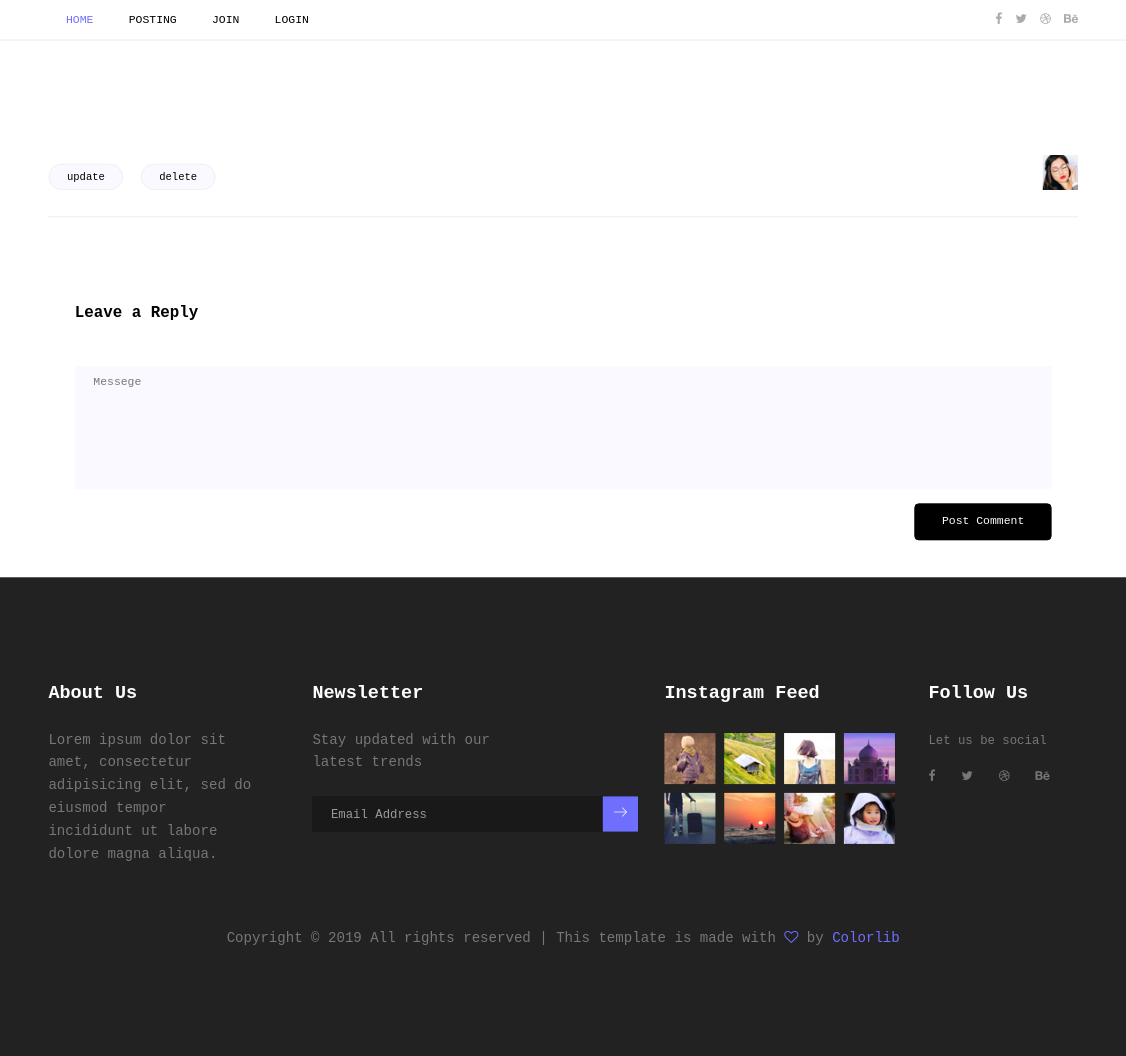
Repository: DAVISPARK/park
Page: http://localhost/blog/board/updateForm.jsp
The author's editor kept a copy of each file at every save. The page is drawn from the files as they stood at one save, then again after the next save.
The browser window is 1280 px wide. The pictures show the whole page, at 88% of full size.
Some web fonts or font styles are not loaded; a fallback is used. The page is served by Tomcat 9. Other server files are loaded and not shown. The template is opened directly, without the code that normally fills it, so the values that code supplies are empty.

Above is the page before, as saved 2019-10-31 05:17:29.

### blog/WebContent/board/updateForm.jsp
<%@ page language="java" contentType="text/html; charset=UTF-8" pageEncoding="UTF-8"%>

<%@ include file="/include/nav.jsp"%>
<!--================Blog Area =================-->
<section class="blog_area single-post-area">
	<div class="container">
		<div class="row">
			<div class="col-lg-2"></div>
			<div class="col-lg-12">
				<div class="main_blog_details">

					<a href="#"><h4>${board.title}</h4></a>
					<div class="user_details">
						<div class="float-left">
						<c:if test="${board.userId eq sessionScope.user.id}">
							<a href="/blog/board?cmd=updateForm&id=${board.id}">update</a>
							<a href="/blog/board?cmd=delete&id=${board.id}">delete</a>
						</c:if>
						</div>
						<div class="float-right">
							<div class="media">
								<div class="media-body">
									<h5>${board.userId}</h5>
									<p>${board.createDate}</p>
								</div>
								<div class="d-flex">
									<img src="/blog/img/blog/user-img.jpg" alt="">
								</div>
							</div>
						</div>
					</div>
					<!-- 본문 시작 -->
					<p>${board.content}</p>
					<!-- 본문 끝 -->
					<hr/>

				</div>


				<div class="comment-form">
					<h4>Leave a Reply</h4>
					<form>

						<div class="form-group">
							<textarea class="form-control mb-10" rows="5" name="message" placeholder="Messege" onfocus="this.placeholder = ''" onblur="this.placeholder = 'Messege'" required=""></textarea>
						</div>
						<a href="#" class="primary-btn submit_btn">Post Comment</a>
					</form>
				</div>
			</div>
			<div class="col-lg-2"></div>
		</div>
	</div>
</section>
<!--================Blog Area =================-->

<!--================ start footer Area  =================-->
<footer class="footer-area p_120">
	<div class="container">
		<div class="row">
			<div class="col-lg-3  col-md-6 col-sm-6">
				<div class="single-footer-widget">
					<h6 class="footer_title">About Us</h6>
					<p>Lorem ipsum dolor sit amet, consectetur adipisicing elit, sed do eiusmod tempor incididunt ut labore dolore magna aliqua.</p>
				</div>
			</div>
			<div class="col-lg-4 col-md-6 col-sm-6">
				<div class="single-footer-widget">
					<h6 class="footer_title">Newsletter</h6>
					<p>Stay updated with our latest trends</p>
					<div id="mc_embed_signup">
						<form target="_blank" action="https://spondonit.us12.list-manage.com/subscribe/post?u=1462626880ade1ac87bd9c93a&amp;id=92a4423d01" method="get" class="subscribe_form relative">
							<div class="input-group d-flex flex-row">
								<input name="EMAIL" placeholder="Email Address" onfocus="this.placeholder = ''" onblur="this.placeholder = 'Email Address '" required="" type="email">
								<button class="btn sub-btn">
									<span class="lnr lnr-arrow-right"></span>
								</button>
							</div>
							<div class="mt-10 info"></div>
						</form>
					</div>
				</div>
			</div>
			<div class="col-lg-3 col-md-6 col-sm-6">
				<div class="single-footer-widget instafeed">
					<h6 class="footer_title">Instagram Feed</h6>
					<ul class="list instafeed d-flex flex-wrap">
						<li><img src="img/instagram/Image-01.jpg" alt=""></li>
						<li><img src="img/instagram/Image-02.jpg" alt=""></li>
						<li><img src="img/instagram/Image-03.jpg" alt=""></li>
						<li><img src="img/instagram/Image-04.jpg" alt=""></li>
						<li><img src="img/instagram/Image-05.jpg" alt=""></li>
						<li><img src="img/instagram/Image-06.jpg" alt=""></li>
						<li><img src="img/instagram/Image-07.jpg" alt=""></li>
						<li><img src="img/instagram/Image-08.jpg" alt=""></li>
					</ul>
				</div>
			</div>
			<div class="col-lg-2 col-md-6 col-sm-6">
				<div class="single-footer-widget f_social_wd">
					<h6 class="footer_title">Follow Us</h6>
					<p>Let us be social</p>
					<div class="f_social">
						<a href="#"><i class="fa fa-facebook"></i></a> <a href="#"><i class="fa fa-twitter"></i></a> <a href="#"><i class="fa fa-dribbble"></i></a> <a href="#"><i class="fa fa-behance"></i></a>
					</div>
				</div>
			</div>
		</div>
		<div class="row footer-bottom d-flex justify-content-between align-items-center">
			<p class="col-lg-12 footer-text text-center">
				<!-- Link back to Colorlib can't be removed. Template is licensed under CC BY 3.0. -->
				Copyright &copy;
				<script>
					document.write(new Date().getFullYear());
				</script>
				All rights reserved | This template is made with <i class="fa fa-heart-o" aria-hidden="true"></i> by <a href="https://colorlib.com" target="_blank">Colorlib</a>
				<!-- Link back to Colorlib can't be removed. Template is licensed under CC BY 3.0. -->
			</p>
		</div>
	</div>
</footer>
<!--================ End footer Area  =================-->




<!-- Optional JavaScript -->
<!-- jQuery first, then Popper.js, then Bootstrap JS -->
<script src="js/jquery-3.2.1.min.js"></script>
<script src="js/popper.js"></script>
<script src="js/bootstrap.min.js"></script>
<script src="js/stellar.js"></script>
<script src="vendors/lightbox/simpleLightbox.min.js"></script>
<script src="vendors/nice-select/js/jquery.nice-select.min.js"></script>
<script src="vendors/isotope/imagesloaded.pkgd.min.js"></script>
<script src="vendors/isotope/isotope-min.js"></script>
<script src="vendors/owl-carousel/owl.carousel.min.js"></script>
<script src="vendors/jquery-ui/jquery-ui.js"></script>
<script src="js/jquery.ajaxchimp.min.js"></script>
<script src="js/mail-script.js"></script>
<script src="js/theme.js"></script>
</body>
</html>
<body>

</body>
</html>

### blog/WebContent/include/nav.jsp
<%@ page language="java" contentType="text/html; charset=UTF-8" pageEncoding="UTF-8"%>
    <%@ taglib prefix="c" uri="http://java.sun.com/jsp/jstl/core" %>
<!doctype html>
<html lang="en">
<head>
<!-- Required meta tags -->
<meta charset="utf-8">
<meta name="viewport" content="width=device-width, initial-scale=1, shrink-to-fit=no">
<link rel="icon" href="/blog/img/favicon.png" type="/blog/image/png">
<title>Cos Blog</title>
<!-- Bootstrap CSS -->
<link rel="stylesheet" href="/blog/css/bootstrap.css">
<link rel="stylesheet" href="/blog/vendors/linericon/style.css">
<link rel="stylesheet" href="/blog/css/font-awesome.min.css">
<link rel="stylesheet" href="/blog/vendors/owl-carousel/owl.carousel.min.css">
<link rel="stylesheet" href="/blog/vendors/lightbox/simpleLightbox.css">
<link rel="stylesheet" href="/blog/vendors/nice-select/css/nice-select.css">
<link rel="stylesheet" href="/blog/vendors/animate-css/animate.css">
<link rel="stylesheet" href="/blog/vendors/jquery-ui/jquery-ui.css">
<!-- main css -->
<link rel="stylesheet" href="/blog/css/style.css">
<link rel="stylesheet" href="/blog/css/responsive.css">
</head>
<body>

	<!--================Header Menu Area =================-->
	<header class="header_area">
		<div class="main_menu">
			<nav class="navbar navbar-expand-lg navbar-light">
				<div class="container box_1620">
					<!-- Brand and toggle get grouped for better mobile display -->
					<a class="navbar-brand logo_h" href="#"><img src="/blog/img/logo.png" alt=""></a>
					<button class="navbar-toggler" type="button" data-toggle="collapse" data-target="#navbarSupportedContent" aria-controls="navbarSupportedContent" aria-expanded="false"
						aria-label="Toggle navigation">
						<span class="icon-bar"></span> <span class="icon-bar"></span> <span class="icon-bar"></span>
					</button>

					<!-- Collect the nav links, forms, and other content for toggling -->
					<div class="collapse navbar-collapse offset" id="navbarSupportedContent">
						<ul class="nav navbar-nav menu_nav">
							<li class="nav-item active"><a class="nav-link" href="/blog/board/index.jsp">Home</a></li>
							<li class="nav-item"><a class="nav-link" href="/blog/board/write.jsp">Posting</a></li>

							<c:choose>
								<c:when test="${empty sessionScope.user}">
								<li class="nav-item"><a class="nav-link" href="/blog/user/join.jsp">Join</a></li>
								<li class="nav-item"><a class="nav-link" href="/blog/user/login.jsp">Login</a></li>
								</c:when>
								<c:otherwise>
								<li class="nav-item"><a class="nav-link" href="/blog/user/update.jsp">Profile</a></li>
								<li class="nav-item"><a class="nav-link" href="/blog/user?cmd=logout">Logout</a></li>
								</c:otherwise>
							</c:choose>

						</ul>
						<ul class="nav navbar-nav navbar-right header_social ml-auto">
							<li class="nav-item"><a href="#"><i class="fa fa-facebook"></i></a></li>
							<li class="nav-item"><a href="#"><i class="fa fa-twitter"></i></a></li>
							<li class="nav-item"><a href="#"><i class="fa fa-dribbble"></i></a></li>
							<li class="nav-item"><a href="#"><i class="fa fa-behance"></i></a></li>
						</ul>
					</div>
				</div>
			</nav>
		</div>

	</header>
	<!--================Header Menu Area =================-->

### blog/WebContent/css/responsive.css
@media (max-width:1619px){
	/* Main Menu Area css
	============================================================================================ */
   .header_area .navbar .search {
		margin-left: 40px;
	}
	/* End Main Menu Area css
	============================================================================================ */
	.home_banner_area .blog_text_slider .owl-prev, .home_banner_area .blog_text_slider .owl-next {
		right: 0px;
		font-size: 30px;
	}
}
@media (max-width:1199px){
	/* Main Menu Area css
	============================================================================================ */
	.header_area + section, .header_area + div {
		margin-top: 143px;
	}
	.top_menu .container{
		display: block;
	}
	/* End Main Menu Area css
	============================================================================================ */
	/* Home Banner Area css
	============================================================================================ */
	.home_banner_area {
		min-height: 700px;
	}
	/* End Home Banner Area css
	============================================================================================ */
	.home_banner_area {
		background-size: cover;
	}
	.blog_text {
		padding: 65px 65px 65px 65px;
	}
	.banner_area {
		background-size: cover;
	}
	.blog_style1 .blog_text {
		padding-left: 15px;
		padding-right: 15px;
		padding-top: 0px;
		padding-bottom: 0px;
	}
}

@media (max-width:991px){
	/* Main Menu Area css
	============================================================================================ */
	.logo_part {
		display: none;
	}
    .navbar-toggler {
        border: none;
        border-radius: 0px;
        padding: 0px;
        cursor: pointer;
        margin-top: 27px;
        margin-bottom: 23px;
		float: right;
    }
	.header_area .navbar {
		background: #fff;
	}
    .navbar-toggler[aria-expanded="false"] span:nth-child(2) {
		opacity: 1;
	}
	.navbar-toggler[aria-expanded="true"] span:nth-child(2) {
		opacity: 0;
	}
	.navbar-toggler[aria-expanded="true"] span:first-child {
		transform: rotate(-45deg);
		position: relative;
		top: 7.5px;
	}
	.navbar-toggler[aria-expanded="true"] span:last-child {
		transform: rotate(45deg);
		bottom: 6px;
		position: relative;
	}
	.navbar-toggler span{
		display: block;
		width: 25px;
		height: 3px;
		background: #000;
		margin: auto;
		margin-bottom: 4px;
		transition: all 400ms linear;
		cursor: pointer;
	}
    .navbar .container{
        padding-left: 15px;
        padding-right: 15px;
    }
    .nav{
        padding: 0px 0px;
    }
	.header_area + section, .header_area + row, .header_area + div {
		margin-top: 117px;
	}
    .header_top .nav{
        padding: 0px;
    }
    .header_area .navbar .nav .nav-item .nav-link{
        line-height: 40px;
        margin-right: 0px;
        display: block;
		border-bottom: 1px solid #ededed33;
		border-radius: 0px;
    }
    .header_area .navbar .search{
        margin-left: 0px;
    }
	.header_area .navbar-collapse{
		max-height: 340px;
		overflow-y: scroll;
	}
	.header_area .navbar .nav .nav-item.submenu ul .nav-item .nav-link {
		padding: 0px 15px;
	}
	.header_area .navbar .nav .nav-item {
		margin-right: 0px;
	}
	.header_area + section, .header_area + row, .header_area + div {
		margin-top: 71px;
	}
	.main_menu .navbar .container_inner {
		display: block;
	}
	.main_menu .navbar .navbar-brand {
		display: inline-block;
		padding-top: 11px;
		width: 173px;
	}
	.main_menu .navbar .navbar-brand img {
		width: 100%;
	}
	/* End Main Menu Area css
	============================================================================================ */

	/* Contact Page Area css
	============================================================================================ */
	.contact_info{
		margin-bottom: 50px;
	}
	/* End Contact page Area css
	============================================================================================ */
	.home_banner_area .donation_inner{
		margin-bottom: -30px;
	}
	.single-footer-widget{
		margin-bottom: 30px;
	}
	.footer-area .row{
		margin-bottom: -30px;
	}
	/* Footer Area css
	============================================================================================ */
	/* End End Footer Area css
	============================================================================================ */
	.home_banner_area {
		background-size: cover;
		margin-bottom: 0px;
	}
	/* Extra header Area css
	============================================================================================ */
	/* End Extra header Area css
	============================================================================================ */

	.nav.navbar-nav.navbar-right.header_social{
		display: none;
	}

}
@media (max-width:767px){
	.home_banner_area {
		min-height: 500px;
	}
	.home_banner_area .banner_inner {
		min-height: 500px;
	}
	.home_banner_area .banner_inner .banner_content {
		margin-top: 0px;
	}
	/* Blog Page Area css
	============================================================================================ */
    .blog_banner .banner_inner .blog_b_text h2 {
		font-size: 40px;
		line-height: 50px;
	}
	.blog_info.text-right{
		text-align: left !important;
		margin-bottom: 10px;
	}
	/* End Blog Page Area css
	============================================================================================ */
	.home_banner_area .banner_inner .banner_content h3 {
		font-size: 30px;
	}
	.home_banner_area .banner_inner .banner_content p br {
		display: none;
	}
	/* Footer Area css
	============================================================================================ */
	.footer-bottom .footer-text{
		text-align: center;
	}
	.footer-bottom .footer-social {
		text-align: center;
		margin-bottom: 20px;
	}
	/* End End Footer Area css
	============================================================================================ */
	.blog_style1.small .blog_img img{
		width: 100%;
	}
}
@media (max-width:575px){

	.header_area + section, .header_area + row, .header_area + div {
		margin-top: 71px;
	}
	.top_menu {
		display: none;
	}

    /* Home Banner Area css
	============================================================================================ */
	.home_banner_area .banner_inner .banner_content h2 {
		font-size: 28px;
	}
	.home_banner_area {
		min-height: 500px;
	}
	.home_banner_area .banner_inner {
		min-height: 500px;
	}
	.blog_banner .banner_inner .blog_b_text {
		margin-top: 0px;
	}
	.home_banner_area .banner_inner .banner_content img{
		display: none;
	}
	.home_banner_area .banner_inner .banner_content h5 {
		margin-top: 0px;
	}
	.home_banner_area .banner_inner .banner_content .date a {
		margin-right: 8px;
	}
	/* End Home Banner Area css
	============================================================================================ */
	.p_120 {
		padding-top: 70px;
		padding-bottom: 70px;
	}
	.main_title h2 {
		font-size: 25px;
	}
	/* Elements Area css
	============================================================================================ */
	.sample-text-area {
		padding: 70px 0 70px 0;
	}
	/* End Elements Area css
	============================================================================================ */

	/* Blog Page Area css
	============================================================================================ */
	.blog_details h2 {
		font-size: 20px;
		line-height: 30px;
	}
	.blog_banner .banner_inner .blog_b_text h2 {
		font-size: 28px;
		line-height: 38px;
	}
	.banner_area .banner_inner .banner_content {
		margin-top: 0px;
	}
	/* End Blog Page Area css
	============================================================================================ */
	/* Footer Area css
	============================================================================================ */
	/* End End Footer Area css
	============================================================================================ */
	.pad_top {
		padding-top: 70px;
	}
	.mt-100 {
		margin-top: 50px;
	}
	.single-footer-widget p {
		max-width: 100%;
	}
	.p_100 {
		padding-top: 70px;
		padding-bottom: 70px;
	}
	.blog_style1 .blog_text .blog_text_inner {
		margin-top: 0px;
	}
	.blog_style1 .blog_text {
		padding-left: 0px;
		padding-right: 0px;
		padding-top: 0px;
		padding-bottom: 0px;
	}
	.blog_text .cat a {
		margin-right: 5px;
	}
	.blog_text .cat .cat_btn {
		display: block;
		width: 86px;
		margin-bottom: 10px;
	}
}

@media (max-width:480px){
	/* Main Menu Area css
	============================================================================================ */
	.header_area .navbar-collapse{
		max-height: 250px;
	}
	/* End Main Menu Area css
	============================================================================================ */

	/* Home Banner Area css
	============================================================================================ */
    .home_banner_area .banner_inner .banner_content {
		padding: 30px 15px;
		margin-top: 0px;
	}
	.banner_content .white_btn {
		display: block;
	}
	.home_banner_area .banner_inner .banner_content h3 {
		font-size: 24px;
	}
	.home_banner_area .carousel .carousel-indicators {
		bottom: -50px;
		z-index: 20;
	}
	/* End Home Banner Area css
	============================================================================================ */
	.banner_area .banner_inner .banner_content h2 {
		font-size: 32px;
	}
	/* Blog Page Area css
	============================================================================================ */
	.comments-area .thumb {
		margin-right: 10px;
	}

	/* End Blog Page Area css
	============================================================================================ */
	.home_banner_area .blog_text_slider .owl-prev {
		top: auto;
		bottom: 110px;
		transform: translateY(-0%);
		left: 10px;
	}
	.home_banner_area .blog_text_slider .owl-next {
		top: auto;
		bottom: 110px;
		right: 10px;
		transform: translateY(-0%);
	}
	.blog_text {
		padding: 60px 20px;
	}
}

Loaded but not shown: blog/WebContent/css/bootstrap.css (library); blog/WebContent/vendors/linericon/style.css (library); blog/WebContent/css/font-awesome.min.css (library); blog/WebContent/vendors/owl-carousel/owl.carousel.min.css (common file); blog/WebContent/vendors/lightbox/simpleLightbox.css (library); blog/WebContent/vendors/nice-select/css/nice-select.css (library); blog/WebContent/vendors/animate-css/animate.css (library); blog/WebContent/vendors/jquery-ui/jquery-ui.css (library); blog/WebContent/js/jquery-3.2.1.min.js (library); blog/WebContent/js/popper.js (library); blog/WebContent/js/bootstrap.min.js (library); blog/WebContent/js/stellar.js (library); blog/WebContent/vendors/lightbox/simpleLightbox.min.js (library); blog/WebContent/vendors/nice-select/js/jquery.nice-select.min.js (common file); blog/WebContent/vendors/isotope/imagesloaded.pkgd.min.js (library); blog/WebContent/vendors/isotope/isotope-min.js (library); blog/WebContent/vendors/owl-carousel/owl.carousel.min.js (library); blog/WebContent/vendors/jquery-ui/jquery-ui.js (library); blog/WebContent/js/jquery.ajaxchimp.min.js (library); blog/WebContent/js/theme.js (283 lines, source omitted); blog/WebContent/js/mail-script.js (31 lines, source omitted); blog/WebContent/css/style.css (3905 lines, source omitted)

After the next save:
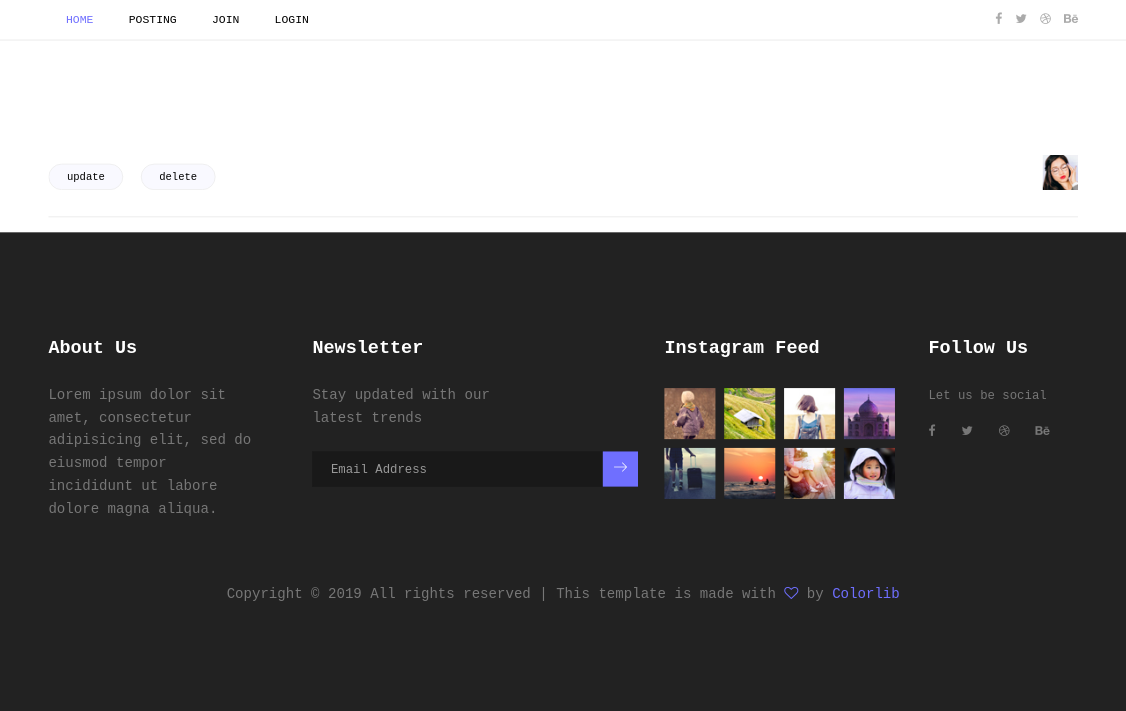
Saved 42 s later.
--- a/blog/WebContent/board/updateForm.jsp
+++ b/blog/WebContent/board/updateForm.jsp
@@ -36,17 +36,6 @@
 
 				</div>
 
-
-				<div class="comment-form">
-					<h4>Leave a Reply</h4>
-					<form>
-
-						<div class="form-group">
-							<textarea class="form-control mb-10" rows="5" name="message" placeholder="Messege" onfocus="this.placeholder = ''" onblur="this.placeholder = 'Messege'" required=""></textarea>
-						</div>
-						<a href="#" class="primary-btn submit_btn">Post Comment</a>
-					</form>
-				</div>
 			</div>
 			<div class="col-lg-2"></div>
 		</div>
